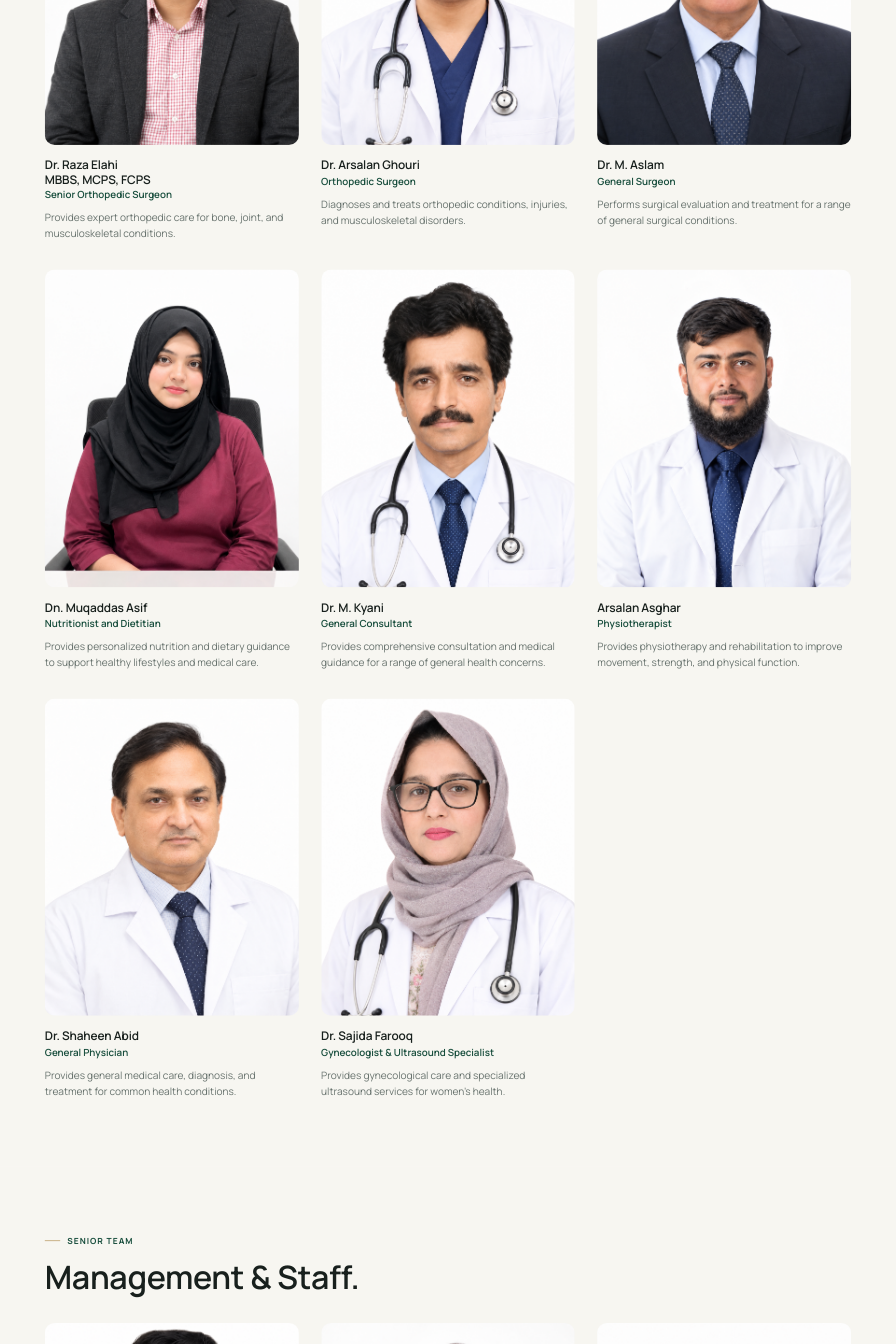
Repository: mraeesaziz45/al-farah
Page: team.html
An editor plug-in stored every save of this project. The page is shown before and after the next save, followed by the edit.
The browser window is 1280 px wide. The pictures show the part of the page from y = 1800 to 3720 px (the page is 5860 px tall before and 5875 px after), at 70% of full size.

Above is the page before, as saved 2026-09-28 17:56:48.

### team.html
<!DOCTYPE html>
<html lang="en">
<head>
<meta charset="UTF-8">
<meta name="viewport" content="width=device-width, initial-scale=1.0">
<title>Team — Al-Farah Medical Center</title>
<meta name="description" content="Meet the physicians and staff of Al-Farah Medical Center, led by our Founder and Director.">
<meta property="og:title" content="Team — Al-Farah Medical Center">
<meta property="og:description" content="The people behind the care.">
<meta property="og:type" content="website">
<link rel="preconnect" href="https://fonts.googleapis.com">
<link rel="preconnect" href="https://fonts.gstatic.com" crossorigin>
<link href="https://fonts.googleapis.com/css2?family=Manrope:wght@400;500;600;700&family=DM+Serif+Display:ital@0;1&display=swap" rel="stylesheet">
<link rel="stylesheet" href="css/style.css">
</head>
<body>
<a href="#main" class="skip-link">Skip to content</a>

<header class="site-header">
  <div class="container header-inner">
    <a href="index.html" class="logo-link">
      <img src="assets/logo/logo-placeholder.svg" alt="Al-Farah Medical Center" width="180" height="52">
    </a>
    <nav class="main-nav" aria-label="Primary">
      <a href="index.html">Home</a>
      <a href="services.html">Services</a>
      <a href="team.html" aria-current="page">Team</a>
      <a href="about.html">About</a>
      <a href="contact.html">Contact</a>
    </nav>
    <div class="header-actions">
      <a href="contact.html" class="btn btn-primary header-cta-desktop">Book an Appointment</a>
      <button class="menu-toggle" aria-expanded="false" aria-controls="mobileMenu" aria-label="Open menu">
        <span class="bar"></span>
      </button>
    </div>
  </div>
</header>

<div class="mobile-menu" id="mobileMenu">
  <div class="mobile-menu-top">
    <img src="assets/logo/logo-placeholder.svg" alt="Al-Farah Medical Center" width="150" height="44">
    <button class="mobile-menu-close" aria-label="Close menu">
      <svg viewBox="0 0 24 24" fill="none" stroke="currentColor" stroke-width="1.6"><line x1="5" y1="5" x2="19" y2="19"/><line x1="19" y1="5" x2="5" y2="19"/></svg>
    </button>
  </div>
  <nav class="mobile-nav" aria-label="Mobile">
    <a href="index.html">Home</a>
    <a href="services.html">Services</a>
    <a href="team.html" aria-current="page">Team</a>
    <a href="about.html">About</a>
    <a href="contact.html">Contact</a>
  </nav>
  <div class="mobile-menu-cta">
    <a href="contact.html" class="btn btn-primary">Book an Appointment</a>
  </div>
</div>

<main id="main">

  <section class="page-hero dark bg-forest-deep">
    <div class="container">
      <p class="eyebrow" data-reveal>Our People</p>
      <h1 class="page-heading h1" data-reveal>The people behind the care.</h1>
      <p class="body-lg" data-reveal>Al-Farah is led by a small team of physicians and support staff who work together across consultation, diagnostics, and follow-up.</p>
    </div>
  </section>

  <section class="bg-white">
    <div class="container">
      <div class="team-feature">
        <div class="team-feature-media" data-reveal>
          <img src="assets/images/team/director-2.png" alt="Portrait of the Director, placeholder photograph" width="1200" height="1600" loading="lazy" decoding="async">
        </div>
        <div class="team-feature-content" data-reveal>
          <p class="eyebrow">Leadership</p>
          <h2 class="h2">M. Raees Aziz</h2>
          <span class="team-feature-role">Founder &amp; Director</span>
          <p>Mr. M. Raees Aziz founded Al-Farah Medical Center in 2020 with a simple vision, to create a place where patients receive not only consultation and diagnosis, but also clear guidance and genuine care.</p>
          <p>Since 2012, I have been working alongside senior orthopedic surgeons as a surgical assistant, gaining 14 years of practical experience in orthopedic surgical procedures, patient care, and clinical teamwork. This experience has shaped my understanding of the importance of precision, responsibility, and putting the patient first.</p>
          <p>At Al-Farah Medical Center, our aim is simple — to listen carefully, provide the right guidance, and ensure that every patient leaves with greater clarity about their health and the next step in their care.</p>
        </div>
      </div>
    </div>
  </section>

  <section class="bg-cream">
    <div class="container">
      <div class="section-head team-section-label" data-reveal>
        <p class="eyebrow">Our Doctors</p>
        <h2 class="h2">Consultants and Surgeons.</h2>
      </div>
      <div class="team-grid" data-reveal-group>
        <div class="team-card" data-reveal>
          <div class="team-card-media">
            <img src="assets/images/team/dr-raza-elahi.png" alt="Portrait placeholder for the clinic accountant" width="1000" height="1250" loading="lazy" decoding="async">
          </div>
          <h3 class="h4">Dr. Raza Elahi</h3>
          <h2 class="h4">MBBS, MCPS, FCPS</h2>
          <span class="role">Senior Orthopedic Surgeon</span>
          <p class="bio">Provides expert orthopedic care for bone, joint, and musculoskeletal conditions.</p>
        </div>
        <div class="team-card" data-reveal>
          <div class="team-card-media">
            <img src="assets/images/team/arsalan-ghori.png" alt="Portrait placeholder for a radiologist" width="1000" height="1250" loading="lazy" decoding="async">
          </div>
          <h3 class="h4">Dr. Arsalan Ghouri</h3>
          <span class="role">Orthopedic Surgeon</span>
          <p class="bio">Diagnoses and treats orthopedic conditions, injuries, and musculoskeletal disorders.</p>
        </div>
        <div class="team-card" data-reveal>
          <div class="team-card-media">
            <img src="assets/images/team/dr-aslam.png" alt="Portrait placeholder for a radiologist" width="1000" height="1250" loading="lazy" decoding="async">
          </div>
          <h3 class="h4">Dr. M. Aslam</h3>
          <span class="role">General Surgeon</span>
          <p class="bio">Performs surgical evaluation and treatment for a range of general surgical conditions.</p>
        </div>
        <div class="team-card" data-reveal>
          <div class="team-card-media">
            <img src="assets/images/team/muqaddas-asif.png" alt="Portrait placeholder for a radiologist" width="1000" height="1250" loading="lazy" decoding="async">
          </div>
          <h3 class="h4">Dn. Muqaddas Asif</h3>
          <span class="role">Nutritionist and Dietitian</span>
          <p class="bio">Provides personalized nutrition and dietary guidance to support healthy lifestyles and medical care.</p>
        </div>
        <div class="team-card" data-reveal>
          <div class="team-card-media">
            <img src="assets/images/team/dr-kyani.png" alt="Portrait placeholder for a radiologist" width="1000" height="1250" loading="lazy" decoding="async">
          </div>
          <h3 class="h4">Dr. M. Kyani</h3>
          <span class="role">General Consultant</span>
          <p class="bio">Provides comprehensive consultation and medical guidance for a range of general health concerns.</p>
        </div>
        <div class="team-card" data-reveal>
          <div class="team-card-media">
            <img src="assets/images/team/arsalan.png" alt="Portrait placeholder for a radiologist" width="1000" height="1250" loading="lazy" decoding="async">
          </div>
          <h3 class="h4">Arsalan Asghar</h3>
          <span class="role">Physiotherapist</span>
          <p class="bio">Provides physiotherapy and rehabilitation to improve movement, strength, and physical function.</p>
        </div>
        <div class="team-card" data-reveal>
          <div class="team-card-media">
            <img src="assets/images/team/dr-shaheen-abid.png" alt="Portrait placeholder for a radiologist" width="1000" height="1250" loading="lazy" decoding="async">
          </div>
          <h3 class="h4">Dr. Shaheen Abid</h3>
          <span class="role">General Physician</span>
          <p class="bio">Provides general medical care, diagnosis, and treatment for common health conditions.</p>
        </div>
        <div class="team-card" data-reveal>
          <div class="team-card-media">
            <img src="assets/images/team/dr-sajida.png" alt="Portrait placeholder for a radiologist" width="1000" height="1250" loading="lazy" decoding="async">
          </div>
          <h3 class="h4">Dr. Sajida Farooq</h3>
          <span class="role">Gynecologist &amp; Ultrasound Specialist</span>
          <p class="bio">Provides gynecological care and specialized ultrasound services for women’s health.</p>
        </div>

      </div>
    </div>
  </section>

  <section class="bg-cream">
    <div class="container">
      <div class="section-head team-section-label" data-reveal>
        <p class="eyebrow">Senior Team</p>
        <h2 class="h2">Management & Staff.</h2>
      </div>
      <div class="team-grid" data-reveal-group>
        <div class="team-card" data-reveal>
          <div class="team-card-media">
            <img src="assets/images/team/hafiz-khushi.png" alt="Portrait placeholder for the clinic accountant" width="1000" height="1250" loading="lazy" decoding="async">
          </div>
          <h3 class="h4">Hafiz M. Khuhsi</h3>
          <span class="role">Head Manager</span>
          <p class="bio">Oversees the center’s financial operations, billing, and administrative accounts.</p>
        </div>
        <div class="team-card" data-reveal>
          <div class="team-card-media">
            <img src="assets/images/team/benazir.png" alt="Portrait placeholder for a radiologist" width="1000" height="1250" loading="lazy" decoding="async">
          </div>
          <h3 class="h4">Benazir Aziz</h3>
          <span class="role">Accountant</span>
          <p class="bio">Manages accounting, financial records, and billing activities for the center.</p>
        </div>
        <div class="team-card" data-reveal>
          <div class="team-card-media">
            <img src="assets/images/team/aneela-tabassum.png" alt="Portrait placeholder for a radiologist" width="1000" height="1250" loading="lazy" decoding="async">
          </div>
          <h3 class="h4">Anila Tabassum</h3>
          <span class="role">HR Manager</span>
          <p class="bio">Manages human resources, staff coordination, and employee administration.</p>
        </div>
        <div class="team-card" data-reveal>
          <div class="team-card-media">
            <img src="assets/images/team/abdul-isalm.png" alt="Portrait placeholder for a radiologist" width="1000" height="1250" loading="lazy" decoding="async">
          </div>
          <h3 class="h4">Abdul Islam</h3>
          <span class="role">Marketing Executive</span>
          <p class="bio">Promotes the center’s healthcare services and manages marketing activities.</p>
        </div>
        <div class="team-card" data-reveal>
          <div class="team-card-media">
            <img src="assets/images/team/sarfaraz-ahmad.png" alt="Portrait placeholder for a radiologist" width="1000" height="1250" loading="lazy" decoding="async">
          </div>
          <h3 class="h4">M. Sarfaraz Ahmad</h3>
          <span class="role">Marketing Manager</span>
          <p class="bio">Develops marketing strategies and builds relationships to promote the center’s services.</p>
        </div>
      </div>
    </div>
  </section>

  <section class="cta-band bg-forest">
    <div class="container">
      <h2 class="h2" data-reveal>When your health matters, every detail matters.</h2>
      <p class="body-lg" data-reveal>Arrange a consultation with a member of the Al-Farah team.</p>
      <div class="cta-row" data-reveal>
        <a href="contact.html" class="btn btn-primary">Book an Appointment</a>
      </div>
    </div>
  </section>

</main>

<footer class="site-footer">
  <div class="container footer-grid">
    <div>
      <img src="assets/logo/logo-placeholder-light.svg" alt="Al-Farah Medical Center" class="footer-logo" width="170" height="50">
      <p class="footer-about">Al-Farah Medical Center provides trusted medical care with an emphasis on expertise, dignity, and patient-centered service.</p>
    </div>
    <div class="footer-col">
      <p class="footer-col-title">Navigation</p>
      <ul>
        <li><a href="index.html">Home</a></li>
        <li><a href="services.html">Services</a></li>
        <li><a href="team.html">Team</a></li>
        <li><a href="about.html">About</a></li>
        <li><a href="contact.html">Contact</a></li>
      </ul>
    </div>
    <div class="footer-col">
      <p class="footer-col-title">Services</p>
      <ul>
        <li><a href="services.html#radiology">Radiology</a></li>
        <li><a href="services.html#consultation">Consultation</a></li>
        <li><a href="services.html#laboratory">Diagnostics</a></li>
        <li><a href="services.html#specialist">Specialist Care</a></li>
      </ul>
    </div>
    <div class="footer-col">
      <p class="footer-col-title">Contact</p>
      <ul>
        <li>[Clinic Address Placeholder]</li>
        <li>[Phone Number Placeholder]</li>
        <li>[Email Address Placeholder]</li>
        <li>[Opening Hours Placeholder]</li>
      </ul>
    </div>
  </div>
  <div class="container footer-bottom">
    <p>&copy; 2026 Al-Farah Medical Center</p>
    <div class="footer-legal">
      <a href="#">Privacy Policy</a>
      <a href="#">Terms</a>
    </div>
  </div>
</footer>

<script src="js/main.js"></script>
</body>
</html>

Loaded but not shown: js/main.js (276 lines, source omitted); css/style.css (1057 lines, source omitted)

After the next save:
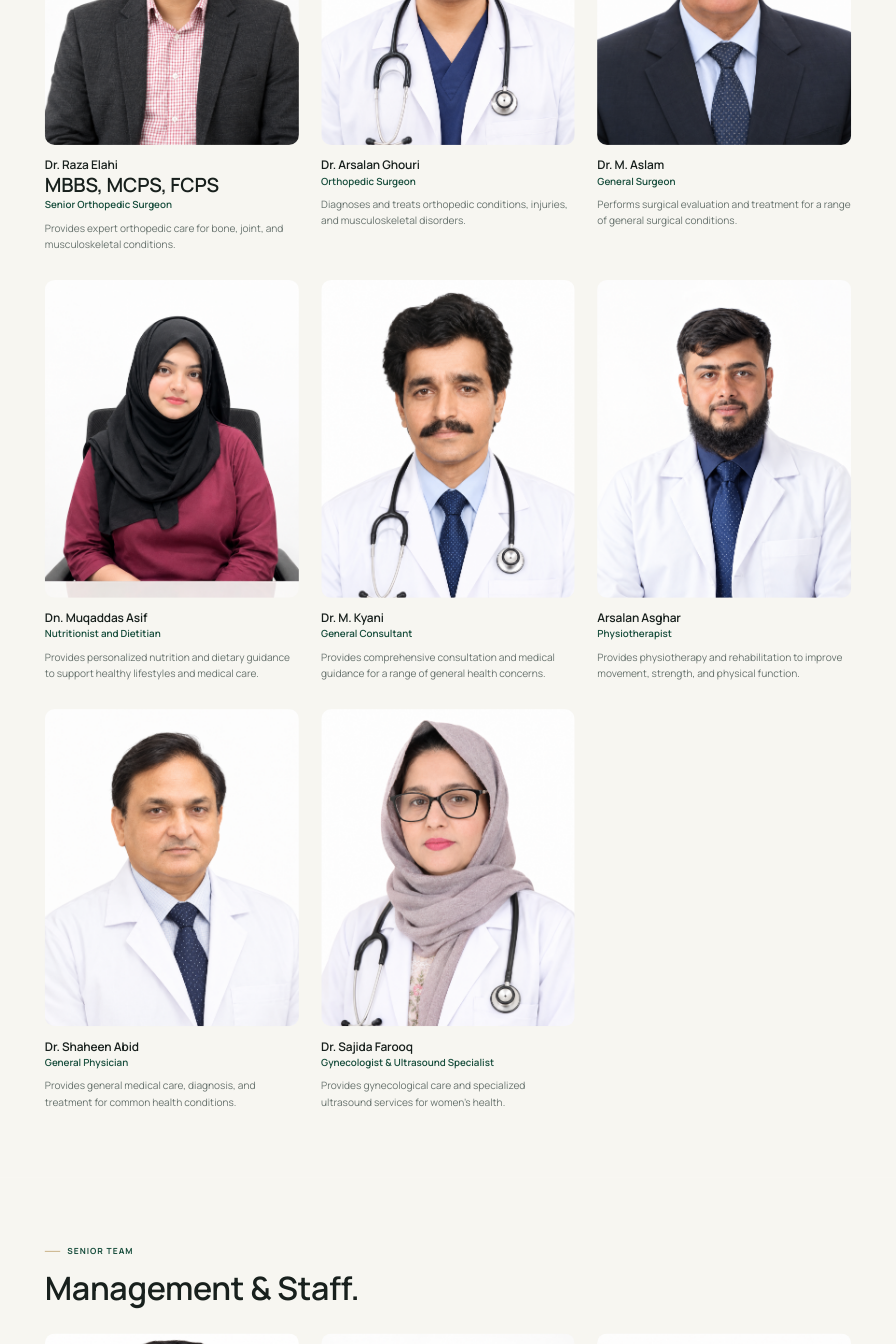
Saved 7 s later.
--- a/team.html
+++ b/team.html
@@ -96,7 +96,7 @@
             <img src="assets/images/team/dr-raza-elahi.png" alt="Portrait placeholder for the clinic accountant" width="1000" height="1250" loading="lazy" decoding="async">
           </div>
           <h3 class="h4">Dr. Raza Elahi</h3>
-          <h2 class="h4">MBBS, MCPS, FCPS</h2>
+          <h2 class="h3">MBBS, MCPS, FCPS</h2>
           <span class="role">Senior Orthopedic Surgeon</span>
           <p class="bio">Provides expert orthopedic care for bone, joint, and musculoskeletal conditions.</p>
         </div>
